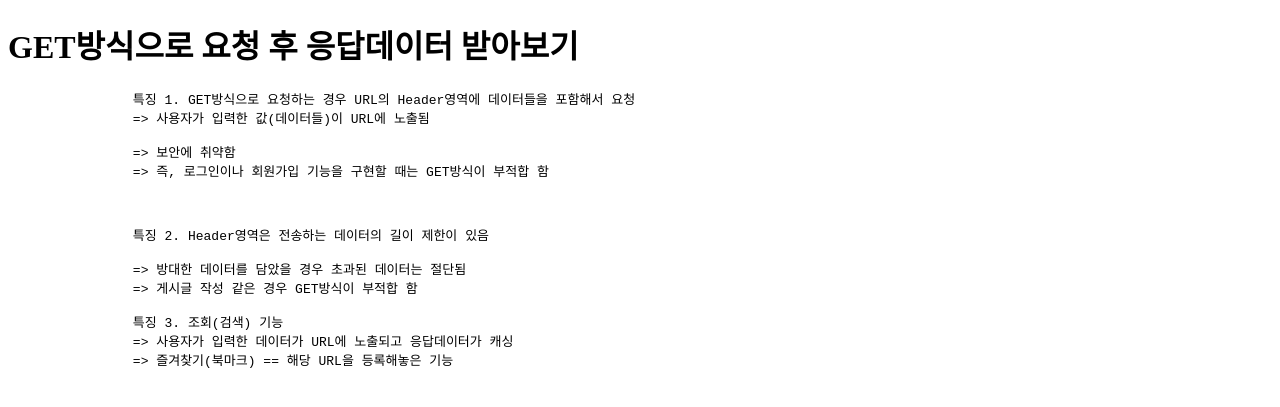
Repository: MiadongDeersfeet/webservice
Page: MyFirstWebProject/src/main/webapp/views/request_get.html
An editor plug-in stored every save of this project. The page is shown before and after the next save, followed by the edit.
The browser window is 1280 px wide. The pictures show the whole page.

Above is the page before, as saved 2025-09-22 07:49:02.

After the next save:
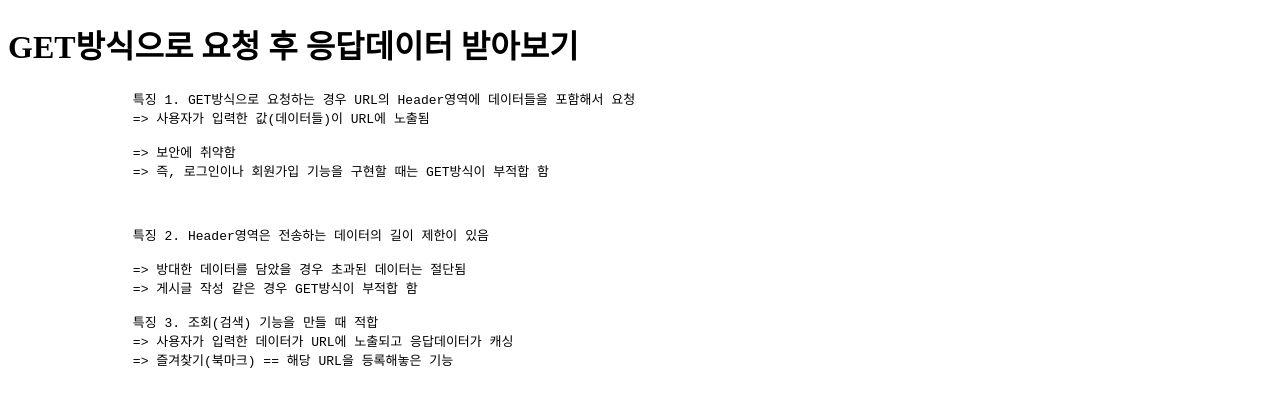
Saved 4 s later.
--- a/MyFirstWebProject/src/main/webapp/views/request_get.html
+++ b/MyFirstWebProject/src/main/webapp/views/request_get.html
@@ -23,7 +23,7 @@
 		=> 방대한 데이터를 담았을 경우 초과된 데이터는 절단됨
 		=> 게시글 작성 같은 경우 GET방식이 부적합 함
 
-		특징 3. 조회(검색) 기능
+		특징 3. 조회(검색) 기능을 만들 때 적합
 		=> 사용자가 입력한 데이터가 URL에 노출되고 응답데이터가 캐싱
 		=> 즐겨찾기(북마크) == 해당 URL을 등록해놓은 기능
 	</pre>
